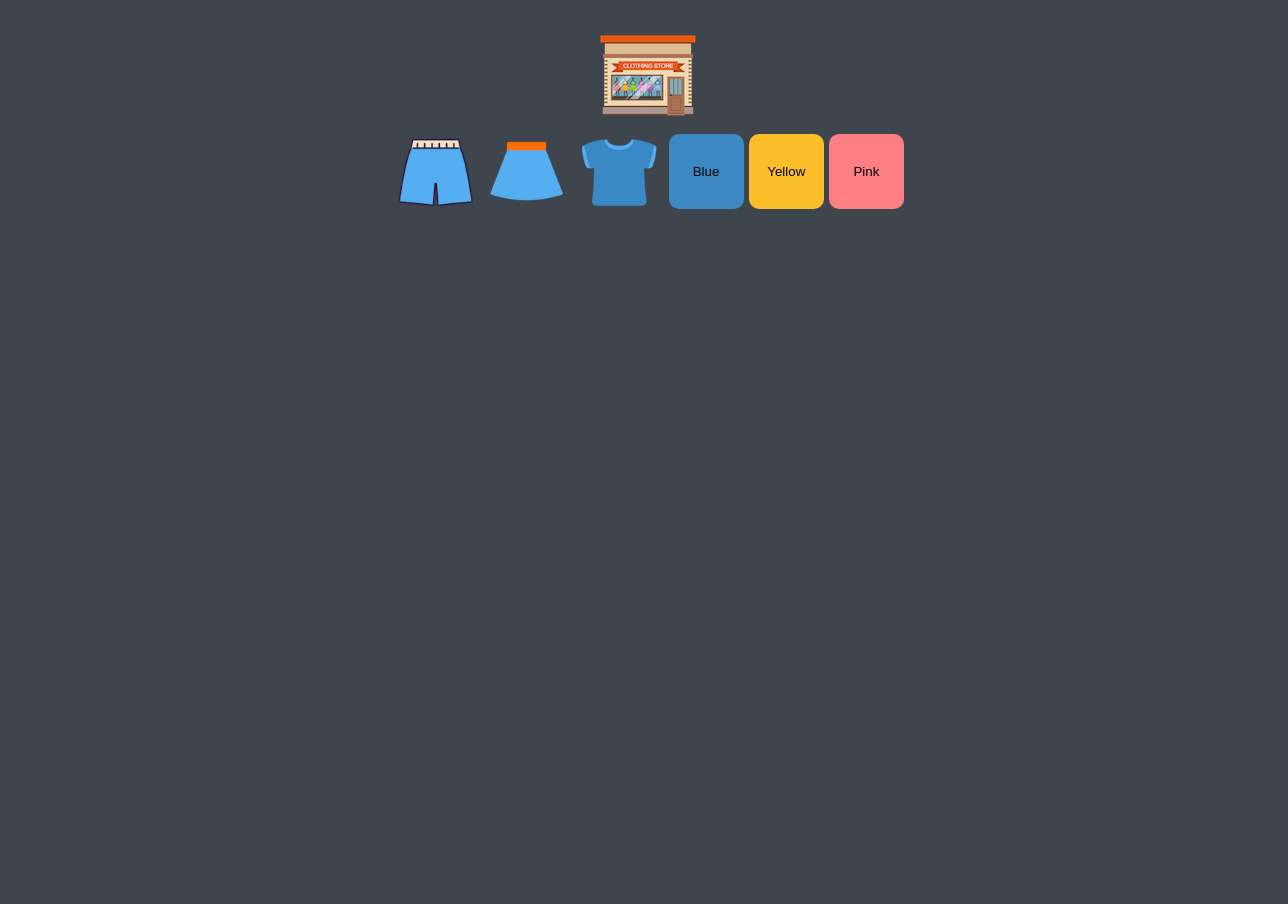
Repository: Jay-JYKim91/elle-shopping-mall
Page: index.html
The author's editor kept a copy of each file at every save. The page is drawn from the files as they stood at one save, then again after the next save.
The browser window is 1280 px wide. The page is 1288 px wide, so the pictures cover 1288 px, including what lies to the right of the window. The pictures show the whole page.

Above is the page before, as saved 2021-07-28 20:20:28.

After the next save:
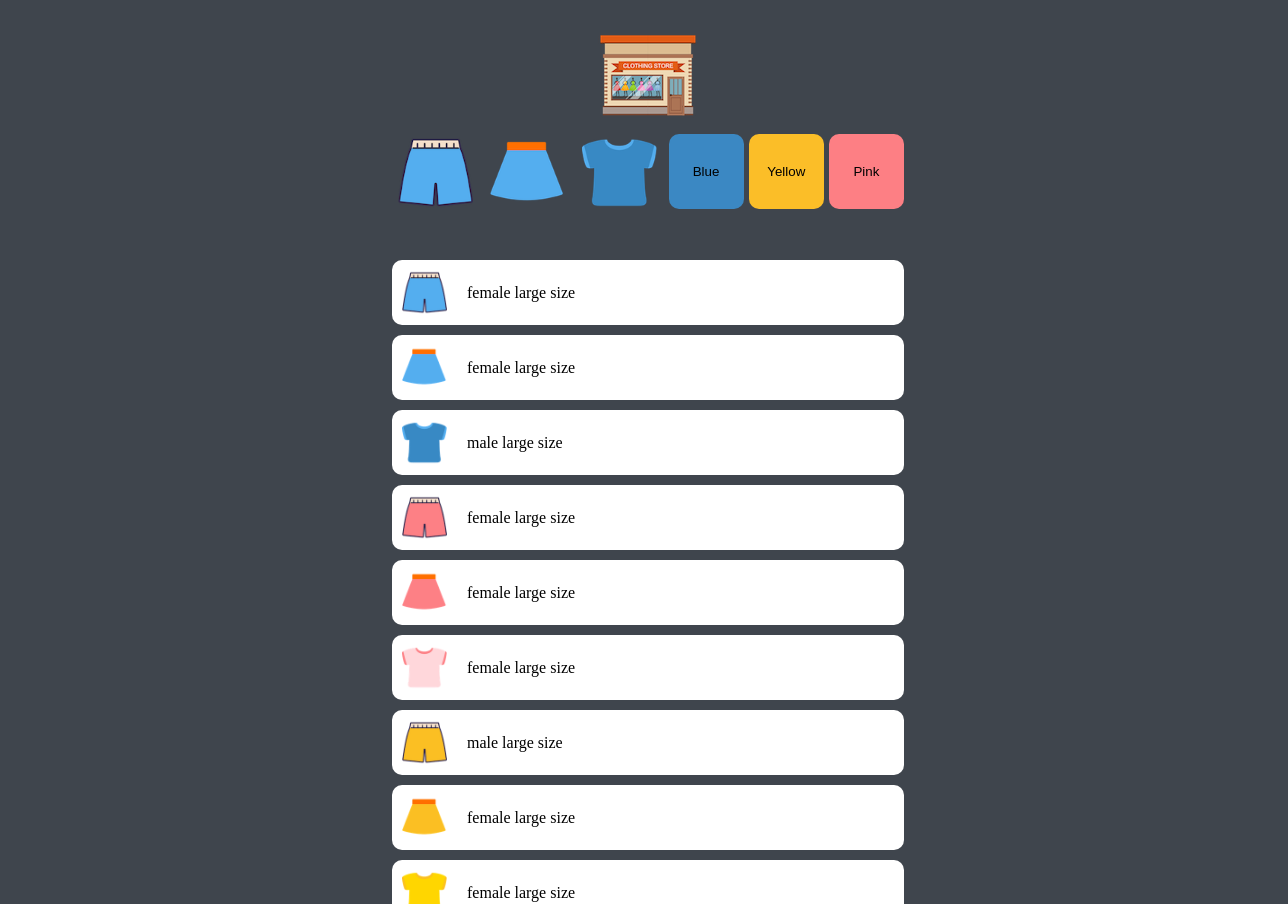
Saved 13 s later.
--- a/src/main.js
+++ b/src/main.js
@@ -8,7 +8,7 @@ function createElement(item) {
     const img = document.createElement('img');
     img.setAttribute('src', item.image);
 
-    const description = document.createElementN('div');
+    const description = document.createElement('div');
     description.setAttribute('class', 'description');
     description.innerText = `${item.gender} ${item.size} size`;
 

After the save that followed:
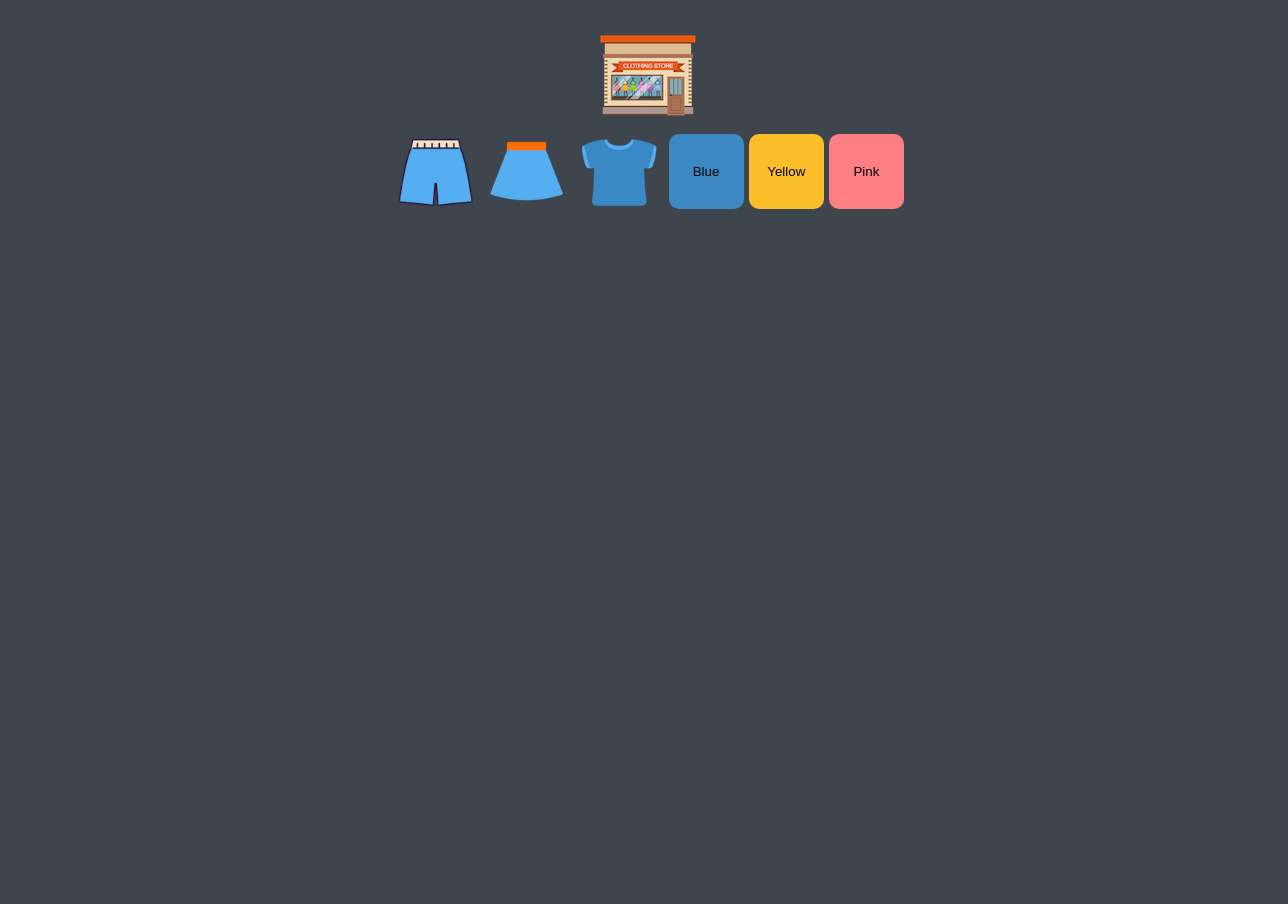
Console error: ReferenceError: items is not defined
Saved 10 min 34 s later.
--- a/src/main.js
+++ b/src/main.js
@@ -49,6 +49,9 @@ function onBtnClick(event, items) {
     updateItems(items, key, value);
 }
 
+const list = items.map(createElement);
+    const lists = document.querySelector('.lists');
+
 function updateItems(items, key, value) {
 
     items.forEach(item => {
@@ -70,8 +73,7 @@ function updateItems(items, key, value) {
 
 loadItems()
 .then(items => {
-    const list = items.map(createElement);
-    const lists = document.querySelector('.lists');
+
     lists.append(...list);
     const btns = document.querySelector('.options');
     btns.addEventListener('click', event => onBtnClick(event, list));
